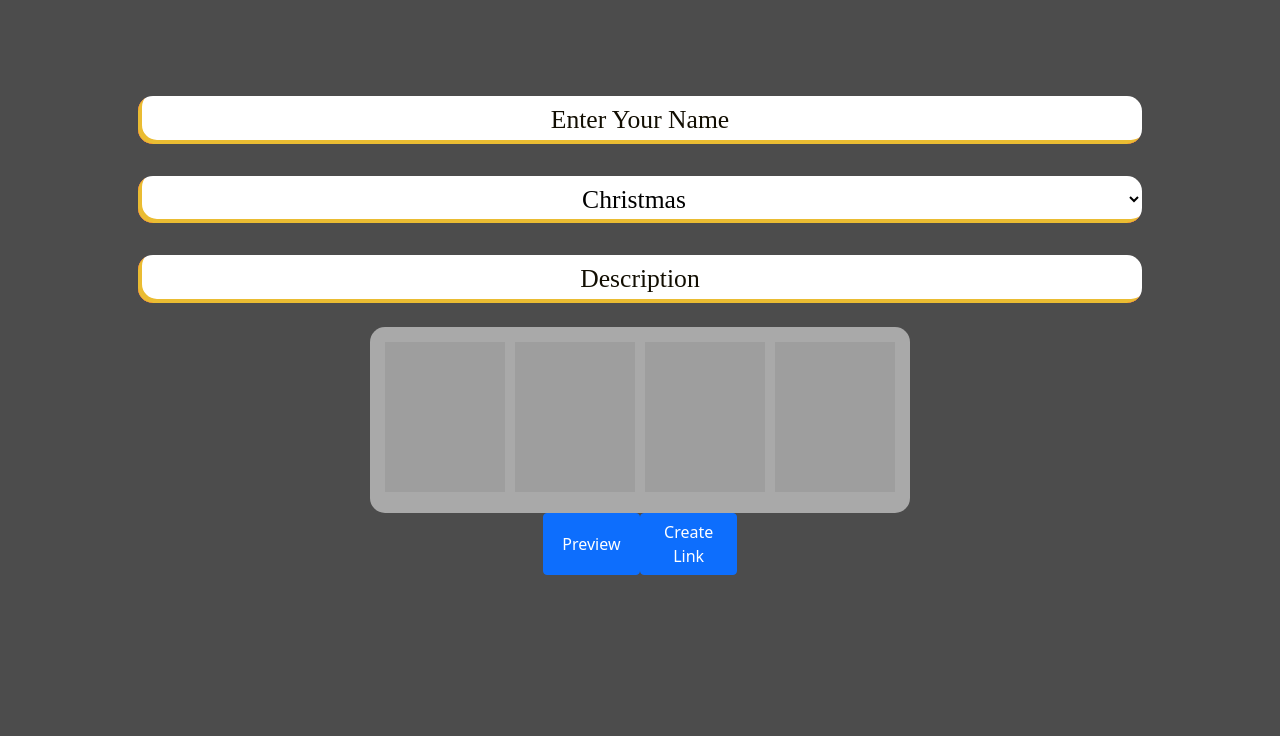
Repository: Haneef-Shaik/Greetings
Page: /
The author's editor kept a copy of each file at every save. The page is drawn from the files as they stood at one save, then again after the next save.
The browser window is 1280 px wide. The pictures show the whole page.
Pictures or frames that could not be fetched are drawn as grey boxes. The project was rebuilt for these pictures with package versions that can differ from the ones it lists, and the page was loaded fresh each time. The framework's server and built-in components were replaced by stand-ins that run in the browser. Also part of the build but not shown: next.config.js, styles/card.module.scss, components/card.js, styles/socialShare.module.scss, components/socialShare.js.

Above is the page before, as saved 2021-12-01 21:09:55.

### pages/_app.js
import '../styles/globals.css'
import 'bootstrap/dist/css/bootstrap.css'


function MyApp({ Component, pageProps }) {
  return <Component {...pageProps} />
}

export default MyApp

### pages/index.js
import Card from "../components/card.js";
import {useRouter} from 'next/router';
import Ss from "../components/socialShare"
import InpFrm from "../components/form"

export default function Home() {
  const {query} = useRouter();
  const myurls='https://gratefulprayerthankfulheart.com/wp-content/uploads/2014/12/aquawhitechristmastreegreeting.jpg';

  if(query.length > 0)
  {

    if(query.greeting)
    {
      return (
        <>
          <Card event={query.event} image={query.bgImg} name={query.name} greeting={query.greeting}  />
        </>
          )
    }
    else
    {
      return (
        <>
          <Card event={query.event} image={query.bgImg} name={query.name}  />
        </>
          )
    }

  }
  else
  {
    return (
        <>
          <InpFrm />
        </>
        )
  }
    // return (
    //   <>
        {/* <Card event='Event' image={myurls} name='Name' color='red' greeting="Lorem Ipsum is simply dummy text of the printing and typesetting industry. Lorem Ipsum has been thing software like Aldus PageMaker including versions of Lorem Ipsum."  /> */}
        {/* <Ss mylink="localhost:3000/name=haneef&event=christmas" /> */}
    {/*     <Ss mylink="localhost:3000/name=haneef&event=christmasW&sddsajnodsoduaibdadbksa" /> */}
    //   </>
    //     )

}

### components/form.js
/* eslint-disable no-undef */
import React, {useState,useRef} from 'react'

import 'bootstrap/dist/css/bootstrap.min.css';
import styles from '../styles/form.module.scss';
import IMAGE from 'next/image'


function Edit() {

    const [IMG1,setImg]=useState('christmas.png');


    return (
        <div className="container-fluid p-2 "  style={{backgroundColor:'#4C4C4C'} }>
            <div className="container">
                <div className="row">
                    <div className="col-12">
                        <div className={styles.formContainer} >
                            <form className="formStyle">
                                <input type="text" placeholder="Enter Your Name" className="col-12" required />

                                <select name="festival" className="col-12 p-2">
                                    <option value="christmas">Christmas</option>
                                    <option value="newYear">New Year</option>
                                </select>

                                <input type="text" placeholder="Description" className="col-12" optional />

                                <div className="d-flex justify-content-around align-items-center flex-wrap mt-4" style={{backgroundColor:'darkgrey',borderRadius:'15px',padding:'10px'}}>
                                    {/* <label htmlFor="img1">
                                        <IMAGE src='/images/christmas/christmas.png' width={200} height={100} />
                                    </label>
                                    <label htmlFor="img2">
                                        <IMAGE src='/images/christmas/christmas.png' width={200} height={100} />
                                    </label>
                                    <label htmlFor="img3">
                                        <IMAGE src='/images/christmas/christmas.png' width={200} height={100} />
                                    </label>
                                    <label htmlFor="img4">
                                        <IMAGE src='/images/christmas/christmas.png' width={200} height={100} />
                                    </label>
                                    <input type="radio" name="BgImage" className="bgImg" id="img1" hidden="true" />
                                    <input type="radio" name="BgImage" className="bgImg" id="img2" hidden="true" />
                                    <input type="radio" name="BgImage" className="bgImg" id="img3" hidden="true" />
                                    <input type="radio" name="BgImage" className="bgImg" id="img4" hidden="true" /> */}

                                <button onClick={()=>setImg('christmas.png')} className="btn p-1">
                                    <IMAGE src='/images/christmas/christmas.png' width="120" height="150" />
                                </button>

                                <button onClick={()=>setImg('christmas1.png')} className="btn p-1">
                                    <IMAGE src='/images/christmas/christmas1.png' width="120" height="150" />
                                </button>

                                <button onClick={()=>setImg('christmas2.png')} className="btn p-1">
                                    <IMAGE src='/images/christmas/christmas2.png' width="120" height="150" />
                                </button>

                                <button onClick={()=>setImg('christmas2.png')} className="btn p-1">
                                    <IMAGE src='/images/christmas/christmas2.png' width="120" height="150" />
                                </button>

                                </div>

                                <div className="footerBanner">
                                    <div className="row">
                                        <div className="col p-0 m-0 d-grid align-center" ><button className="btn btn-primary"  >Preview</button></div>
                                        <div className="col p-0 m-0 d-grid align-center" ><button className="btn btn-primary"  > Create Link </button></div>
                                    </div>
                                </div>
                            </form>
                        </div>
                    </div>
                </div>
            </div>
        </div>
    )
}


class InvitationCard extends React.Component{
    render(){
        return (

                <div className="body p-2" style={{backgroundColor: this.props.c,backgroundImage:`url(${this.props.im})`,backgroundSize:350,backgroundRepeat:'no-repeat'}} >
                    <h1 id="heading" style={{color: this.props.heading}}>{this.props.name}</h1>
                    <p style={{marginTop: "50px",color: this.props.content}}>{this.props.message}</p>
                    <p style={{color: this.props.content}} id="toWhom">{this.props.to}</p>
                </div>
        )
    }

}



export default Edit;

### styles/form.module.scss
.formContainer{
    padding:5%;
    min-height:100vh;
    background-color:#4C4C4C;
    // background: linear-gradient(#920000,#800000,#6D0000,#490000);
    input , select {
        margin-top:2rem;

        text-align:center;
        font-family: 'Times New Roman', Times, serif;
        font-size:1.6rem;
        border:none;

        background-color:#fff;
        border-radius:15px;
        box-shadow: inset 4px -4px 0px #EABC32 , inset 2px -2px 0px #f00 ;
        line-height:3rem;
        &::placeholder{
            color:#120E02;
        }
    }
    form{
        display: flex;
        align-items:center;
        justify-content: space-evenly;
        flex-direction: column;
        flex-wrap: wrap;
    }
    .bgImg:active{
        border: 5px solid white;
    }
}

Loaded but not shown: styles/globals.css (common file)

After the next save:
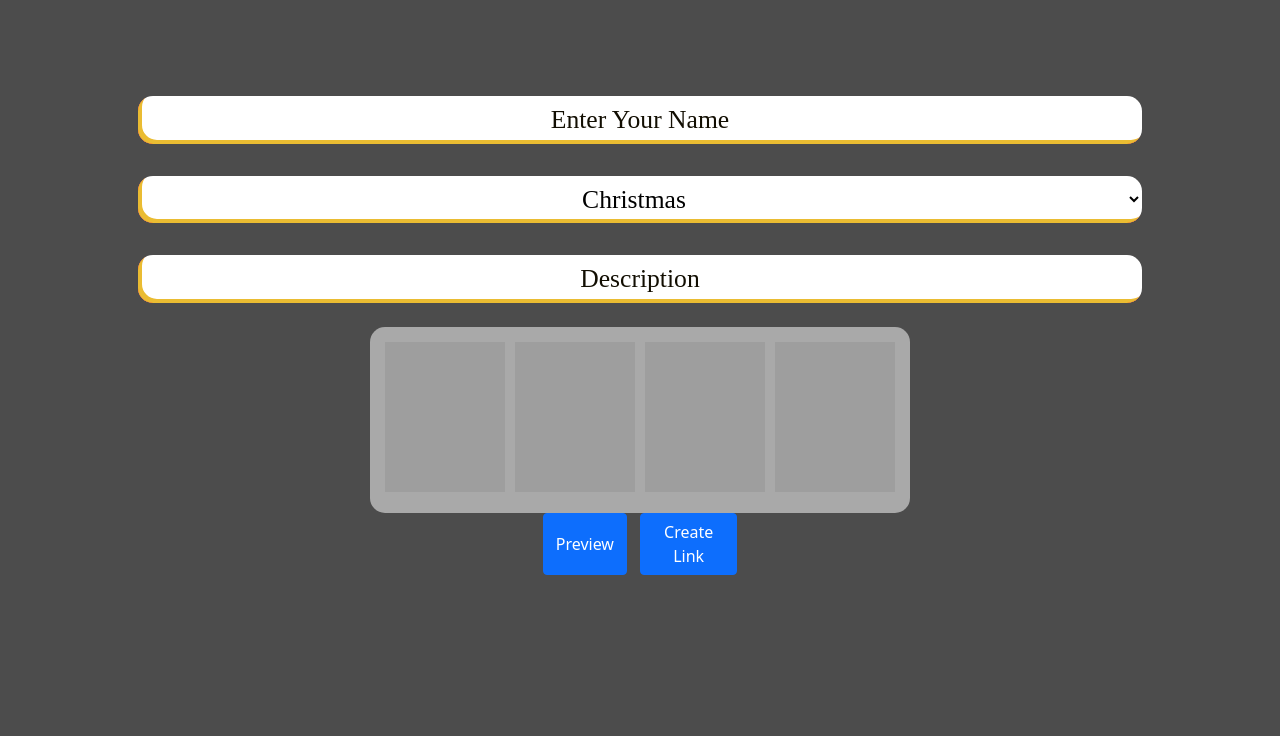
Saved 25 s later.
--- a/components/form.js
+++ b/components/form.js
@@ -64,9 +64,9 @@ function Edit() {
                                 </div>
 
                                 <div className="footerBanner">
-                                    <div className="row">
-                                        <div className="col p-0 m-0 d-grid align-center" ><button className="btn btn-primary"  >Preview</button></div>
-                                        <div className="col p-0 m-0 d-grid align-center" ><button className="btn btn-primary"  > Create Link </button></div>
+                                    <div className="row ">
+                                        <div className="col p-0 m-0 d-flex" ><button className="btn btn-primary"  >Preview</button></div>
+                                        <div className="col p-0 m-0 d-flex" ><button className="btn btn-primary"  > Create Link </button></div>
                                     </div>
                                 </div>
                             </form>
